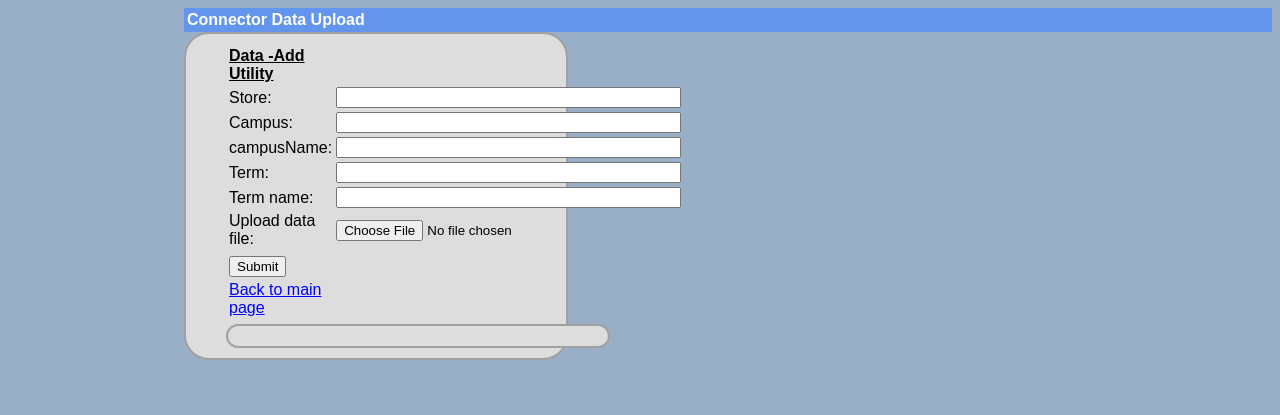
Repository: caditya/Dataupload
Page: http://localhost/connectordata/WEB-INF/views/datainput.jsp
An editor plug-in stored every save of this project. The page is shown before and after the next save, followed by the edit.
The browser window is 1280 px wide. The pictures show the whole page.
Some web libraries are served in a nearby version. The page is served by Tomcat 9. Nobody is signed in. The template is opened directly, without the code that normally fills it, so the values that code supplies are empty.

Above is the page before, as saved 2014-07-21 19:42:11.

After the next save:
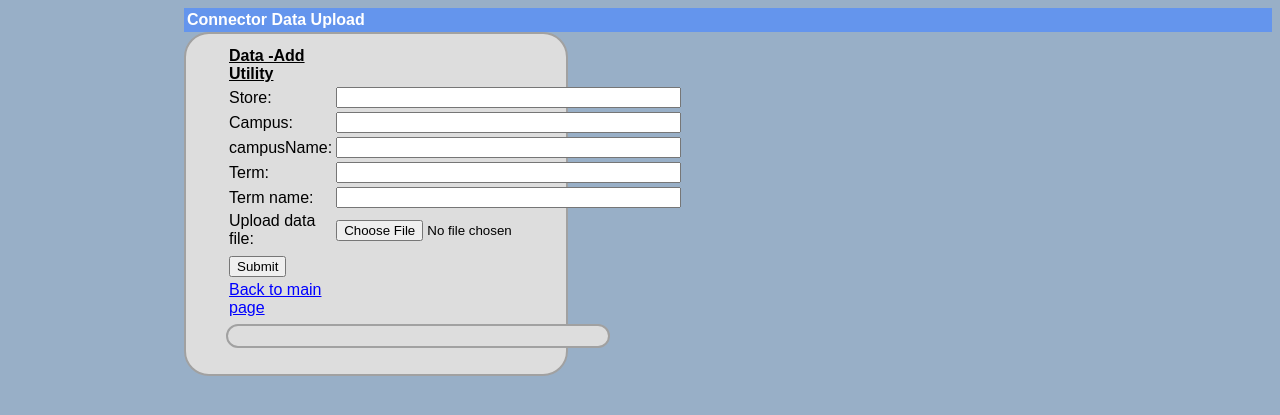
Saved 32 s later.
--- a/QAFileUpload/connectordata/src/main/webapp/WEB-INF/views/datainput.jsp
+++ b/QAFileUpload/connectordata/src/main/webapp/WEB-INF/views/datainput.jsp
@@ -78,9 +78,10 @@ function createstart(){
 		<c:out value="Account Created1"></c:out>
 	</c:if>
 
+	 <div >
 	<form:form method="POST" commandName="dataBlock" action="/connector/startfile" enctype="multipart/form-data">
 		<form:errors path="*" cssClass="errorblock" element="div" />
-	 <div>
+
 	 <table>
 		<tr>
 				<td><b><u>Data -Add Utility</u></b></td>
